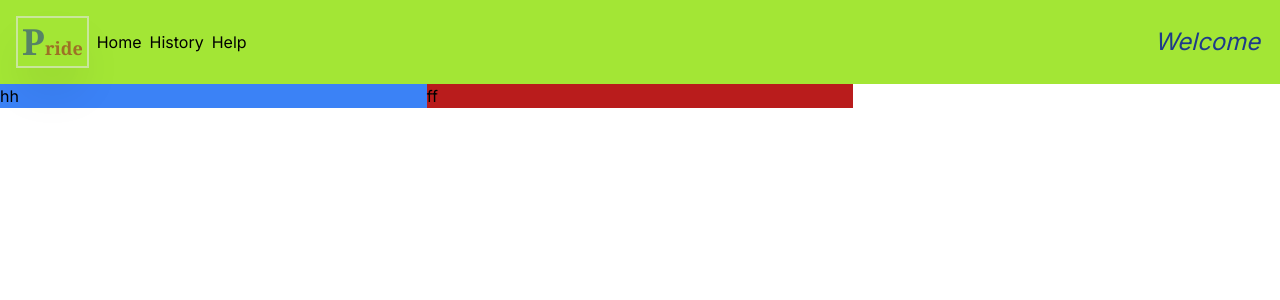
Repository: Semanmernstack/uber-mapbox
Page: /
These files come from the project's save history. The page is drawn as it stood at one moment and after the next save; the edit follows.
The browser window is 1280 px wide. The pictures show the whole page.
The page's requests for data from a server got no answer. The project was rebuilt for these pictures with package versions that can differ from the ones it lists, and the page was loaded fresh each time. Some packages were replaced by stand-ins written for this rebuild. The framework's server and built-in components were replaced by stand-ins that run in the browser. No one was signed in, and anything a server would have sent is missing. Also part of the build but not shown: next.config.js.

Above is the page before, as saved 2023-08-15 06:54:26.

After the next save:
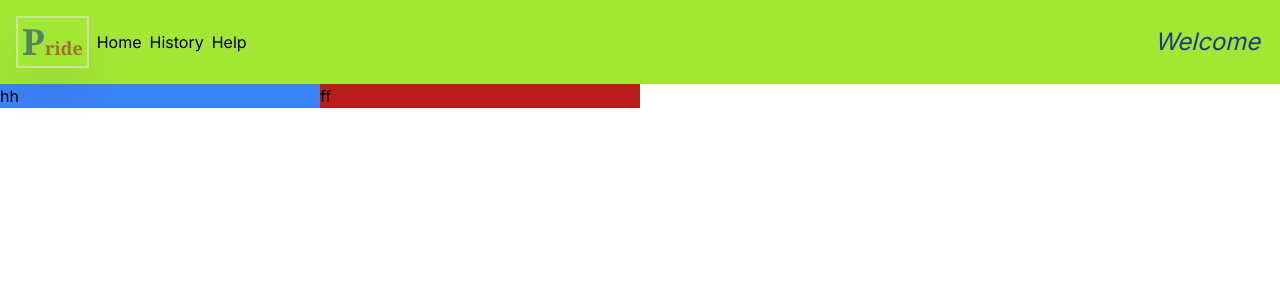
Saved 25 s later.
--- a/app/page.tsx
+++ b/app/page.tsx
@@ -3,7 +3,7 @@
 export default function Home() {
   return (
     <main className="">
-      <div className="grid grid-cols-1 md:grid-cols-3 ">
+      <div className="grid grid-cols-1 md:grid-cols-4 ">
         <div className="bg-blue-500">
           <h1>hh</h1>
 
